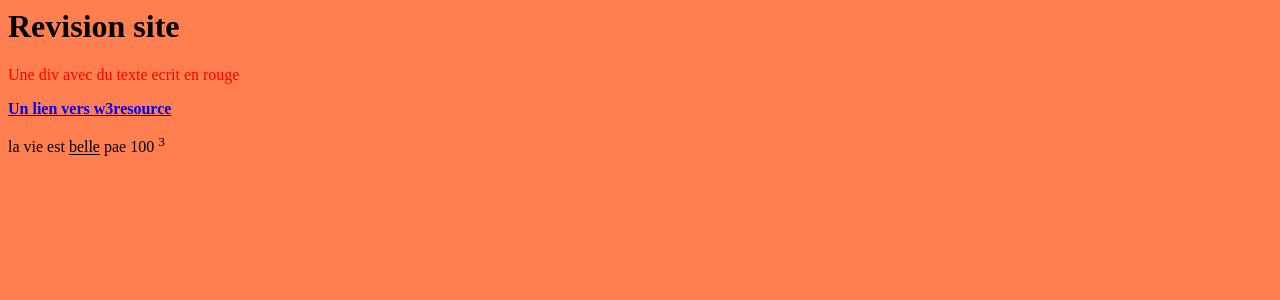
Repository: Elie-Dey/boot-start
Page: index.html
The author's editor kept a copy of each file at every save. The page is drawn from the files as they stood at one save, then again after the next save.
The browser window is 1280 px wide. The pictures show the whole page.

Above is the page before, as saved 2021-08-18 23:15:27.

After the next save:
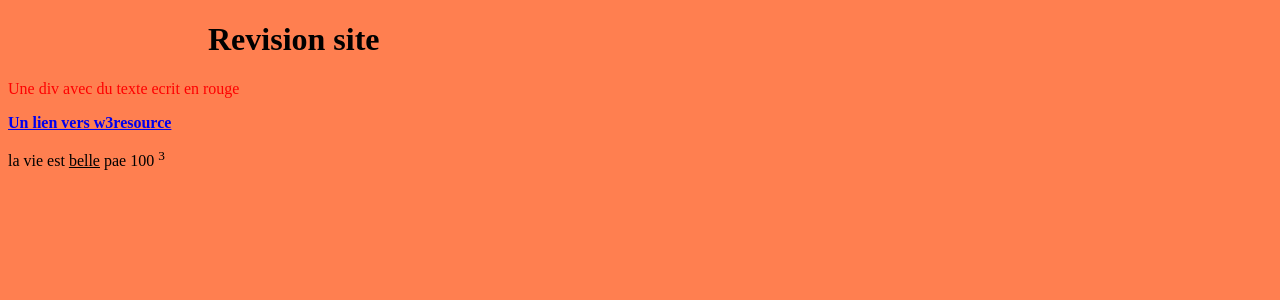
Saved 27 s later.
--- a/style.css
+++ b/style.css
@@ -6,5 +6,5 @@ a{
 }
 h1{
     padding: auto;
-    margin-top: auto;
+  margin-left: 200px;
 }
